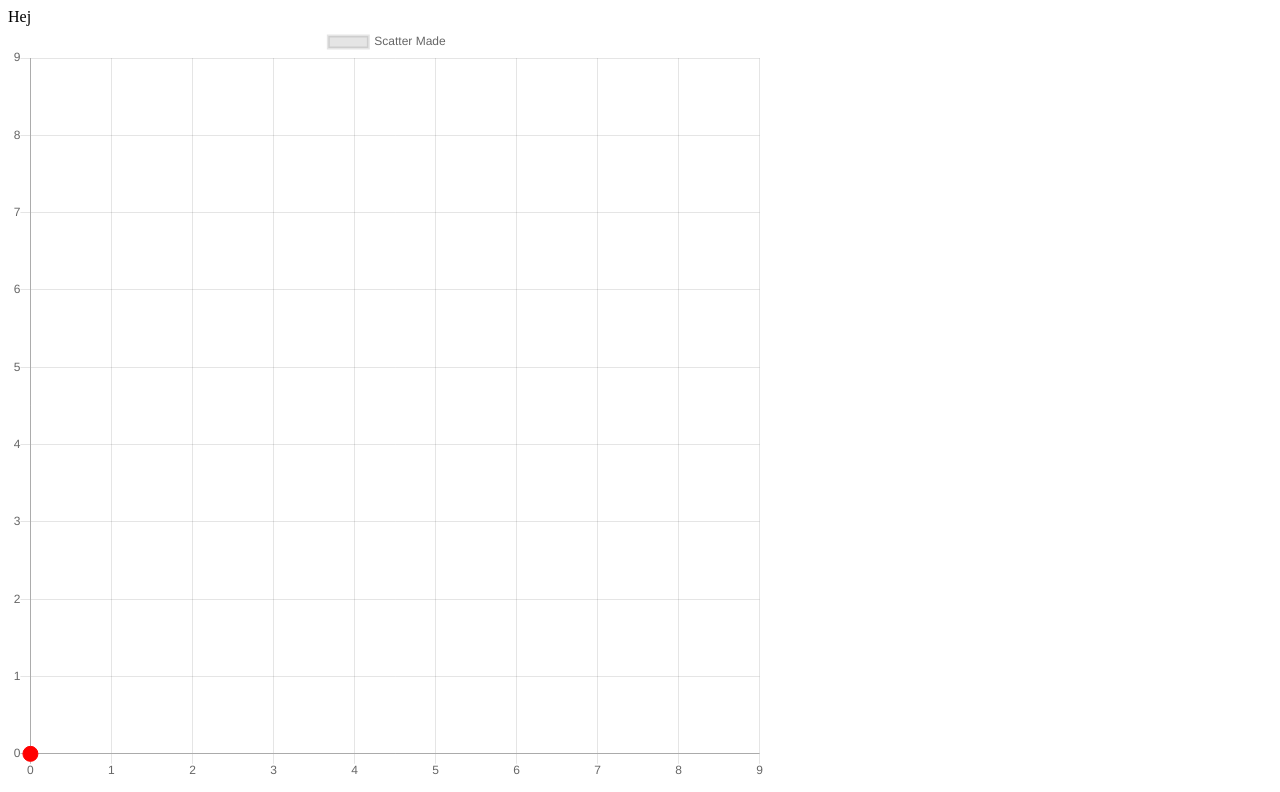
Repository: MadeleineHarbom/Cloud
Page: lektion19/WebContent/E4_random_timed.html
The author's editor kept a copy of each file at every save. The page is drawn from the files as they stood at one save, then again after the next save.
The browser window is 1280 px wide. The pictures show the whole page.
Some web libraries are served in a nearby version.

Above is the page before, as saved 2020-01-27 17:21:02.

### lektion19/WebContent/E4_random_timed.html
<!DOCTYPE html>
<html>
<head>
<meta charset="UTF-8">
<title>Insert title here</title>
<script src="https://cdn.jsdelivr.net/npm/chart.js@2.8.0/dist/Chart.min.js"></script>
</head>
<body>
Hej
<div style="width:60%">
      <canvas id="myE4Chart" width="400" height="400"></canvas>
      </div>
      <script>
      var ctx = document.getElementById('myE4Chart').getContext('2d');
      var scatterChart = new Chart(ctx, {
          type: 'scatter',
          data: {
        	  datasets: [{
                  label: 'Scatter Made',
                  data: [{
                      x: 0,
                      y: 0
                  }],
                  pointBackgroundColor: ["#FF0000", "#4287f5", "#14c732", "#f2ef22", "#f20ac8"],
                  pointBorderColor: ['#FF0000', '#FF0000', '#FF0000', '#FF0000', '#FF0000'],
                  pointRadius: 7.5,
              }]
          }
      })
      window.setInterval(addData, 500)

      function addData() {
    	  var sc = scatterChart;
    	  console.log("imma give U sum mfing data!");
    	  var ranx = Math.floor(Math.random() * 10);
    	  var rany = Math.floor(Math.random() * 10);
    	  console.log(scatterChart.config.data.datasets[0].data);
    	  scatterChart.config.data.datasets[0].data.push(ranx, rany);
    	  scatterChart.update();
      }

      </script>

</body>
</html>

After the next save:
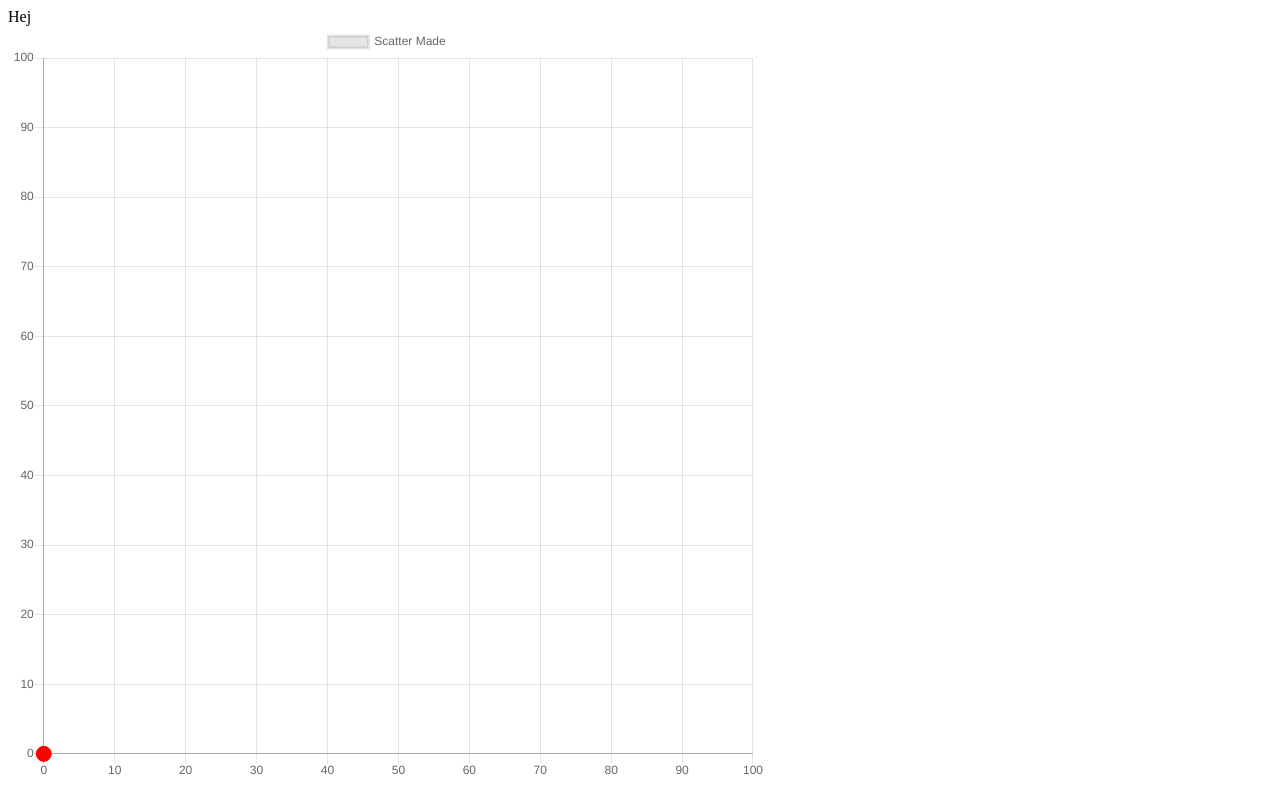
Saved 6 s later.
--- a/lektion19/WebContent/E4_random_timed.html
+++ b/lektion19/WebContent/E4_random_timed.html
@@ -32,8 +32,8 @@ Hej
       function addData() {
     	  var sc = scatterChart;
     	  console.log("imma give U sum mfing data!");
-    	  var ranx = Math.floor(Math.random() * 10);
-    	  var rany = Math.floor(Math.random() * 10);
+    	  var ranx = Math.floor(Math.random() * 100);
+    	  var rany = Math.floor(Math.random() * 100);
     	  console.log(scatterChart.config.data.datasets[0].data);
     	  scatterChart.config.data.datasets[0].data.push(ranx, rany);
     	  scatterChart.update();
